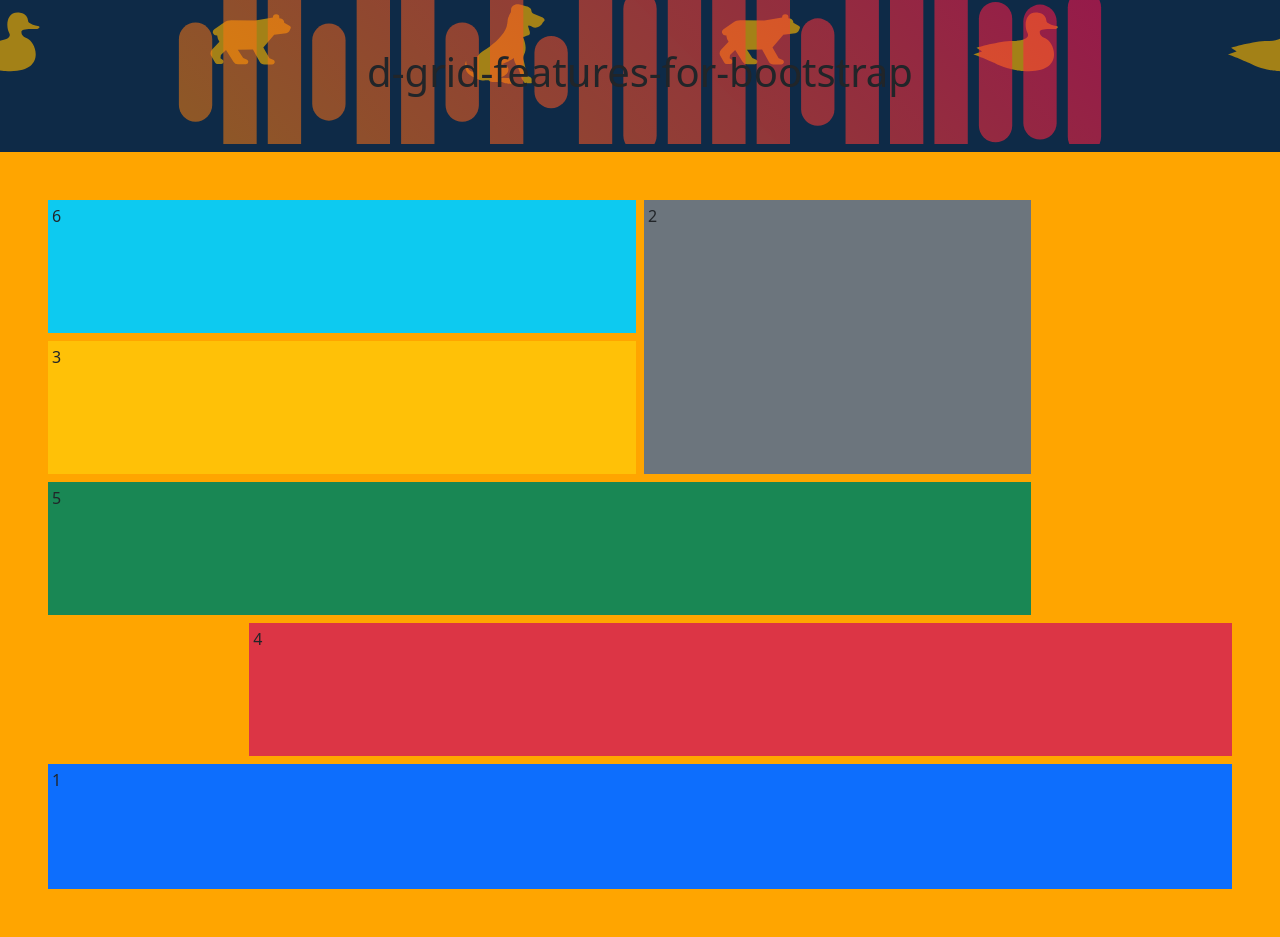
Repository: LynxPardelle/d-grid-features-for-bootstrap
Page: index.html
The author's editor kept a copy of each file at every save. The page is drawn from the files as they stood at one save, then again after the next save.
The browser window is 1280 px wide. The pictures show the whole page.

Above is the page before, as saved 2021-10-20 23:10:59.

After the next save:
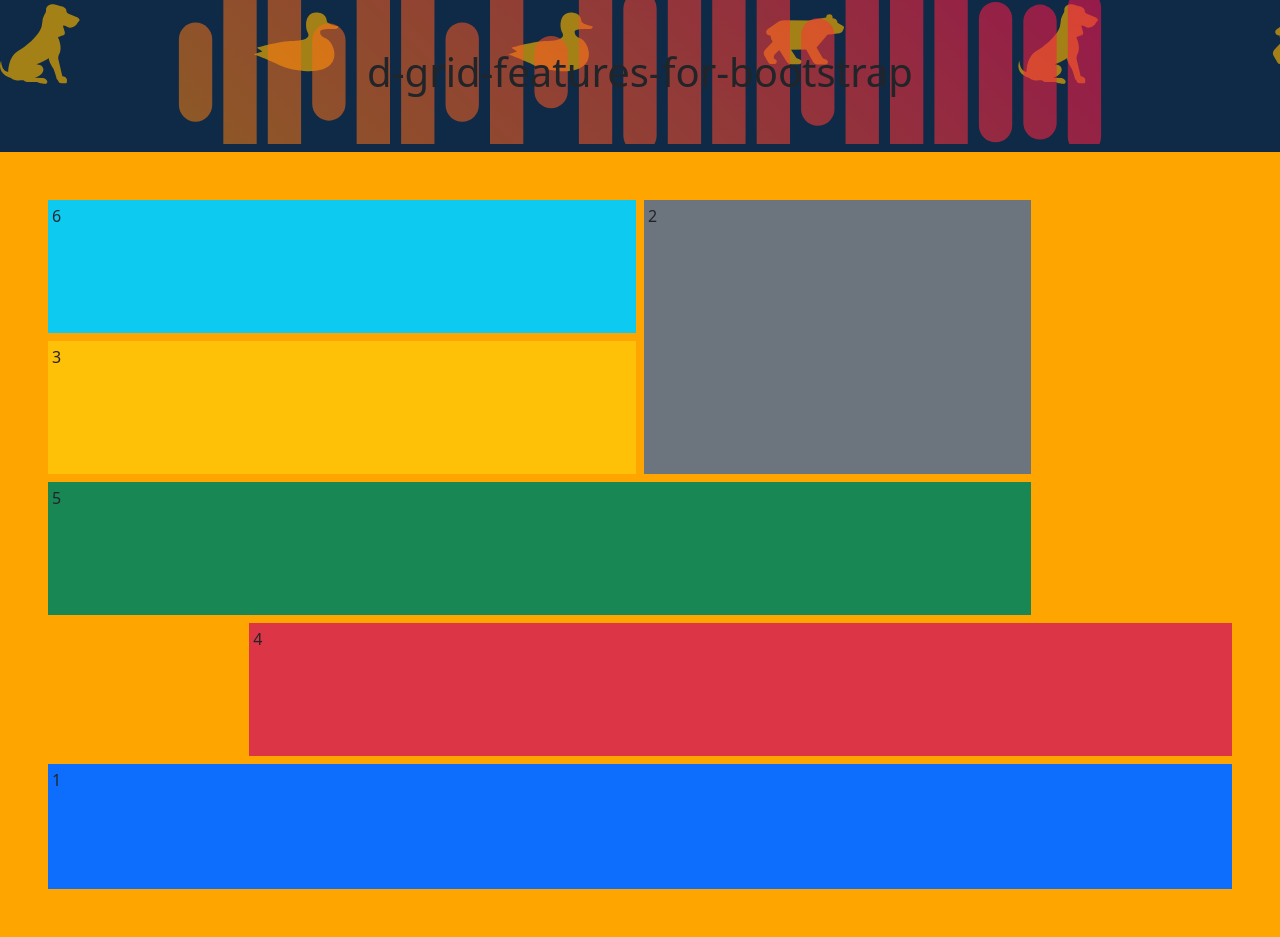
Saved 13 s later.
--- a/index.html
+++ b/index.html
@@ -17,7 +17,7 @@
         background-image: url("data:[embedded picture, 9376 characters]");
         background-size: cover;
         background-repeat: no-repeat;
-        background-position: center center;
+        background-position: left center;
       }
 
       h1 {
